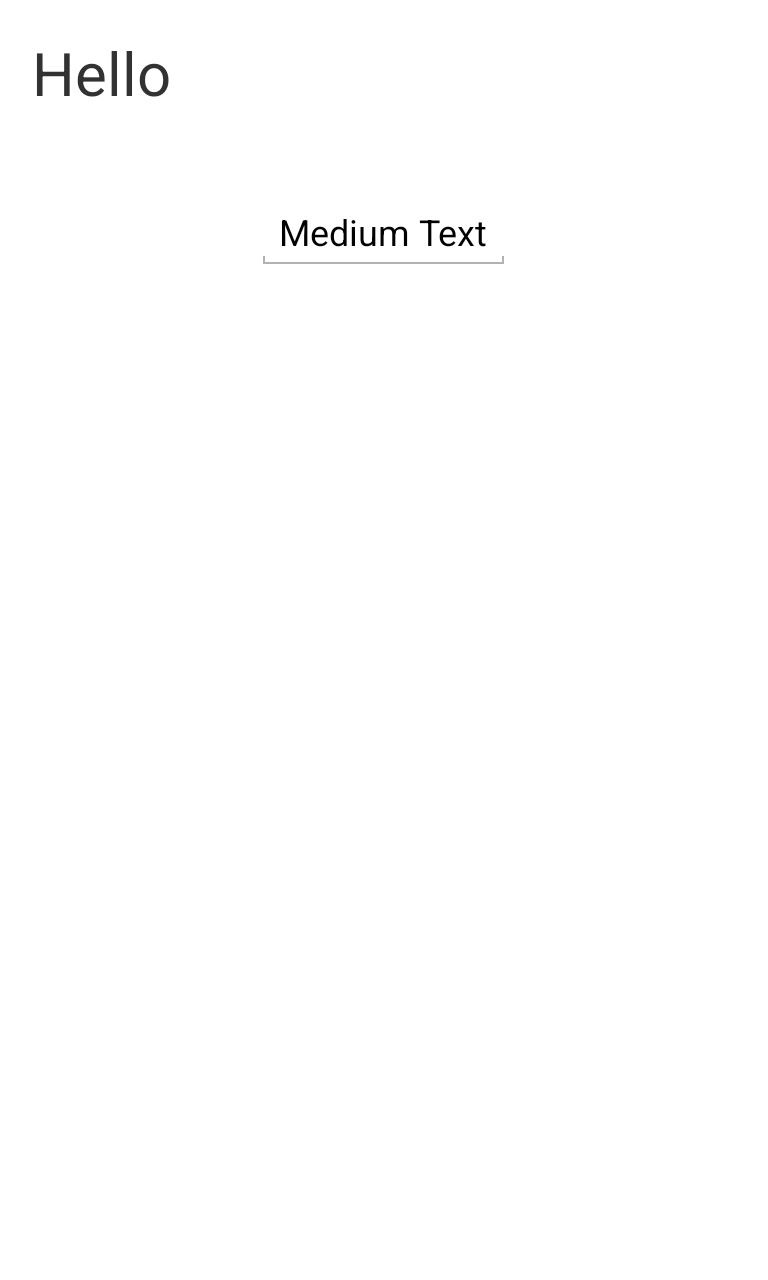
Repository: wangyuan0915/ER
Layout: workspace2/phase3/res/layout/activity_check_time.xml
The author's editor kept a copy of each file at every save. The layout is drawn from the files as they stood at one save, then again after the next save.
It is drawn on a 768 x 1280 px phone screen (xhdpi) without system bars, with theme AppTheme; the app's code is not run.

Above is the layout before, as saved 2013-11-25 04:04:55.

After the next save:
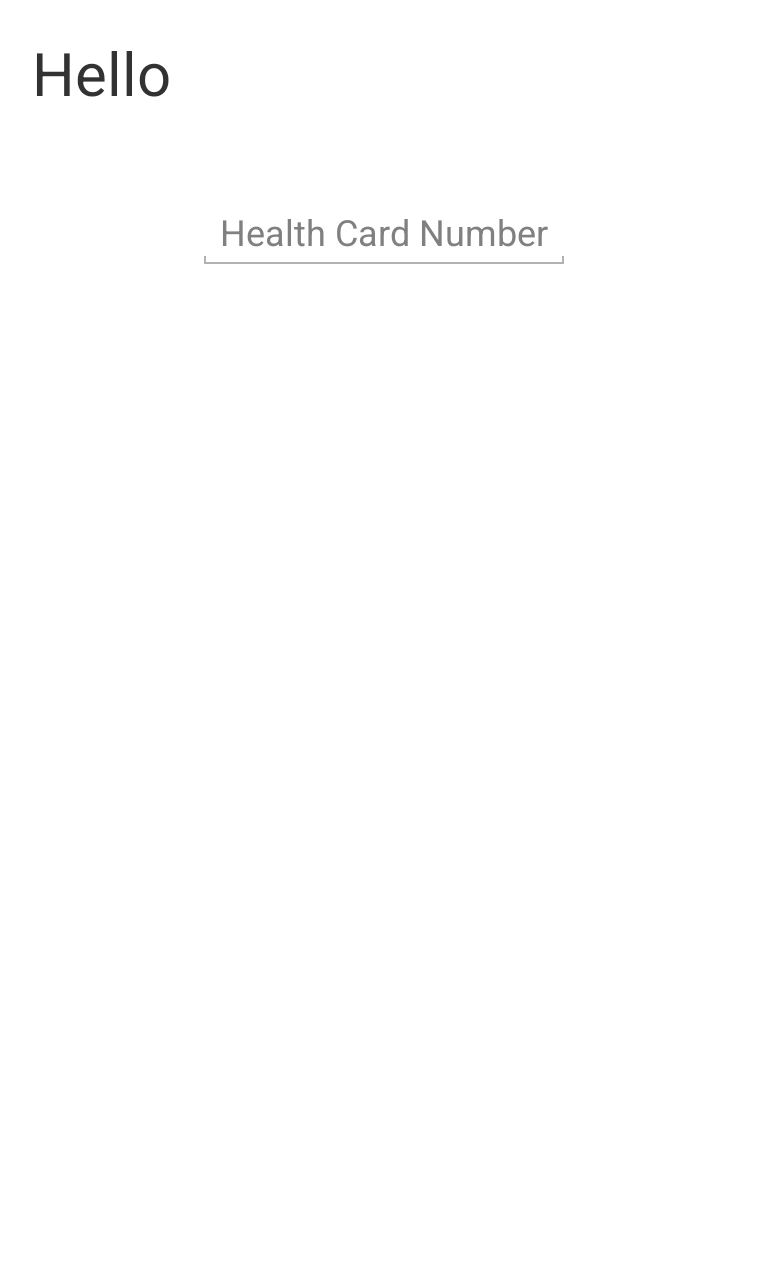
Saved 27 s later.
--- a/workspace2/phase3/res/layout/activity_check_time.xml
+++ b/workspace2/phase3/res/layout/activity_check_time.xml
@@ -16,13 +16,13 @@
         android:textSize="30sp" />
 
     <EditText
-        android:id="@+id/healthnumber"
+        android:id="@+id/healthnum"
         android:layout_width="wrap_content"
         android:layout_height="wrap_content"
         android:layout_below="@+id/hello2"
         android:layout_centerHorizontal="true"
         android:layout_marginTop="40dp"
-        android:text="Medium Text"
+        android:hint="@string/Health_Card_Number"
         android:textAppearance="?android:attr/textAppearanceMedium" />
 
 </RelativeLayout>
